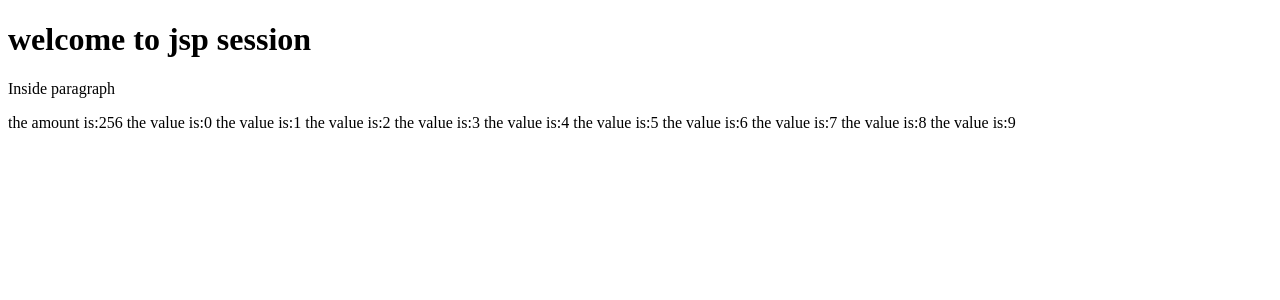
Repository: Tejashriamarjadhav/PHASE2_PROJECT
Page: http://localhost/JSPDemo/insex.jsp
These files come from the project's save history. The page is drawn as it stood at one moment and after the next save; the edit follows.
The browser window is 1280 px wide. The pictures show the whole page.
The page is served by Tomcat 9.

Above is the page before, as saved 2021-08-21 14:39:29.

### JSPDemo/WebContent/insex.jsp
<%@ page language="java" contentType="text/html; charset=ISO-8859-1"
    pageEncoding="ISO-8859-1"%>
<!DOCTYPE html>
<html>
<head>
<meta charset="ISO-8859-1">
<title>Insert title here</title>
</head>
<body>
<h1>welcome to jsp session</h1>
<%
out.println("<p> Inside paragraph</p>");

int amount=256;
out.println("<p> the amount is:"+amount);
for(int i=0;i<10;i++){
	out.println("the value is:" +i);
}
%>
</body>
</html>

After the next save:
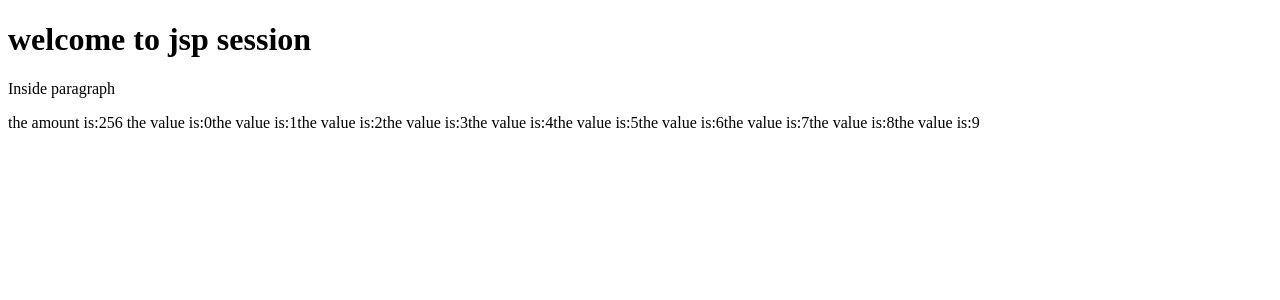
Saved 25 s later.
--- a/JSPDemo/WebContent/insex.jsp
+++ b/JSPDemo/WebContent/insex.jsp
@@ -14,7 +14,7 @@ out.println("<p> Inside paragraph</p>");
 int amount=256;
 out.println("<p> the amount is:"+amount);
 for(int i=0;i<10;i++){
-	out.println("the value is:" +i);
+	out.print("the value is:" +i);
 }
 %>
 </body>
